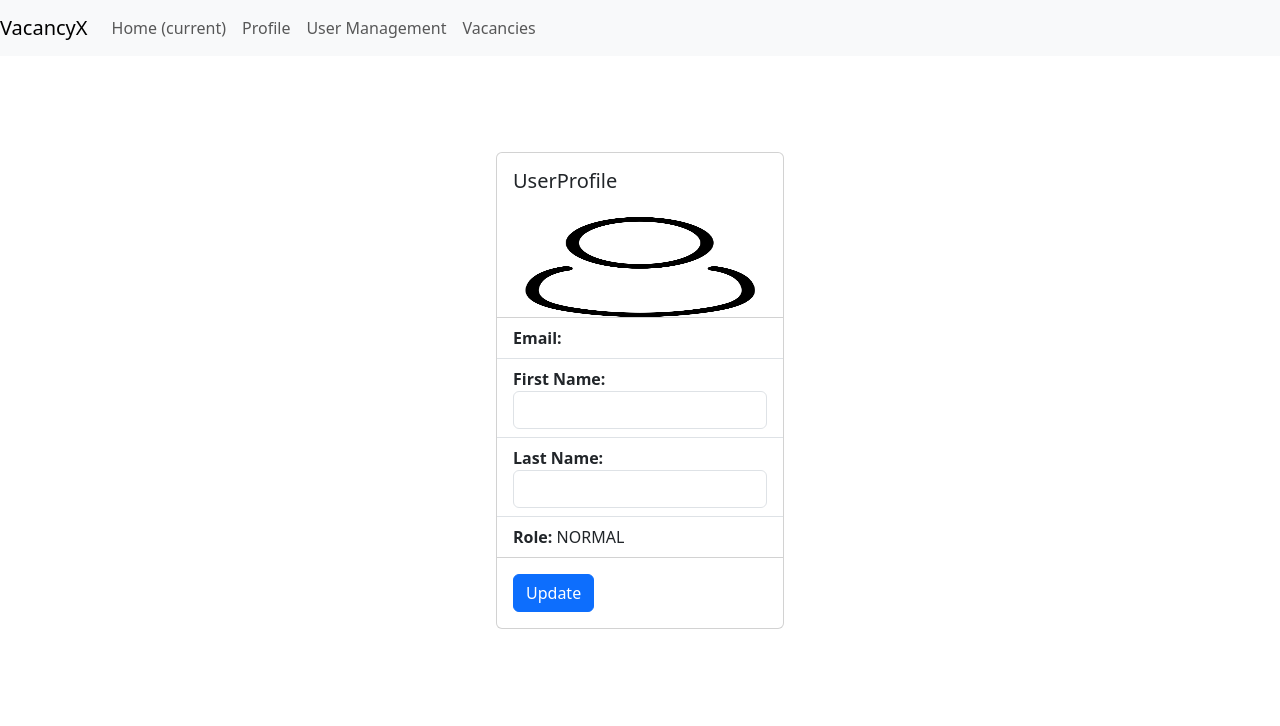
Repository: zipArk99/Vacancy-portal-serv
Page: http://localhost/VacancyPortal/updateuserdetail_page.jsp
An editor plug-in stored every save of this project. The page is shown before and after the next save, followed by the edit.
The browser window is 1280 px wide. The pictures show the whole page.
The page is served by Tomcat 9. Other server files are loaded and not shown. The template is opened directly, without the code that normally fills it, so the values that code supplies are empty.

Above is the page before, as saved 2024-08-21 05:19:26.

### VacancyPortal/src/main/webapp/updateuserdetail_page.jsp
<%@ page language="java" contentType="text/html; charset=UTF-8"
    pageEncoding="UTF-8"%>
    <%@ taglib prefix="c" uri="http://java.sun.com/jsp/jstl/core" %>
<!DOCTYPE html>
<html>
<head>
<meta charset="UTF-8">
<title>Update User</title>
<style>
body, html {
	height: 90%;
	margin: 0;
}

.container {
	display: flex;
	justify-content: center;
	align-items: center;
	height: 93vh; /* Full viewport height */
}
</style>
</head>
<body>
<body>
<%@ include file="header.jsp" %>
<form action="/VacancyPortal/user" method="PUT">
	<div class="container">
		<div class="card" style="width: 18rem;">
		<div class="card-body">
				<h5 class="card-title">UserProfile</h5>
			</div>
			<img src="user.png" class="card-img-top" alt="..." height="100px" width="20px" draggable="true">

			<ul class="list-group list-group-flush">
				<li class="list-group-item"><b>Email:</b> <c:out value="${param.email}"></c:out> </li>

				<li class="list-group-item"><b>First Name:</b> <input type="text"
					name="fname" class="form-control" id="fnameId"
					value="${param.fname}" aria-describedby="emailHelp"></li>


				<li class="list-group-item"><b>Last Name:</b> <input type="text"
					name="fname" class="form-control" id="fnameId"
					value="${param.lname}" aria-describedby="emailHelp"></li>


				<li class="list-group-item"><b>Role:</b><c:choose>
				<c:when test="${requestScope.role==1}">
				<c:out value="ADMIN"></c:out>
				 </c:when>
				<c:otherwise>
				<c:out value="NORMAL"></c:out>
				</c:otherwise>
				</c:choose> </li>
			</ul>
			<div class="card-body">
				<input type="submit"class="btn btn-primary" value="Update">
			</div>
		</div>
	</div>
	</form>
</body>
</html>

### VacancyPortal/src/main/webapp/header.jsp
<%@ page language="java" contentType="text/html; charset=UTF-8"
    pageEncoding="UTF-8"%>
<!DOCTYPE html>
<html>
  <head>
    <meta charset="utf-8">
    <meta name="viewport" content="width=device-width, initial-scale=1">
    <title>Bootstrap demo</title>
    <link href="https://cdn.jsdelivr.net/npm/bootstrap@5.3.3/dist/css/bootstrap.min.css" rel="stylesheet" integrity="sha384-QWTKZyjpPEjISv5WaRU9OFeRpok6YctnYmDr5pNlyT2bRjXh0JMhjY6hW+ALEwIH" crossorigin="anonymous">
  </head>
<body>

<nav class="navbar navbar-expand-lg navbar-light bg-light">
  <a class="navbar-brand" href="#">VacancyX</a>
  <button class="navbar-toggler" type="button" data-toggle="collapse" data-target="#navbarText" aria-controls="navbarText" aria-expanded="false" aria-label="Toggle navigation">
    <span class="navbar-toggler-icon"></span>
  </button>
  <div class="collapse navbar-collapse" id="navbarText">
    <ul class="navbar-nav mr-auto">
      <li class="nav-item active">
        <a class="nav-link" href="#">Home <span class="sr-only">(current)</span></a>
      </li>
      <li class="nav-item">
        <a class="nav-link" href="/VacancyPortal/portal/userprofile">Profile</a>
      </li>
      <li class="nav-item">
        <a class="nav-link" href="#">User Management</a>
      </li>
        <li class="nav-item">
        <a class="nav-link" href="#">Vacancies</a>
      </li>
    </ul>

  </div>
</nav>
</body>
</html>

After the next save:
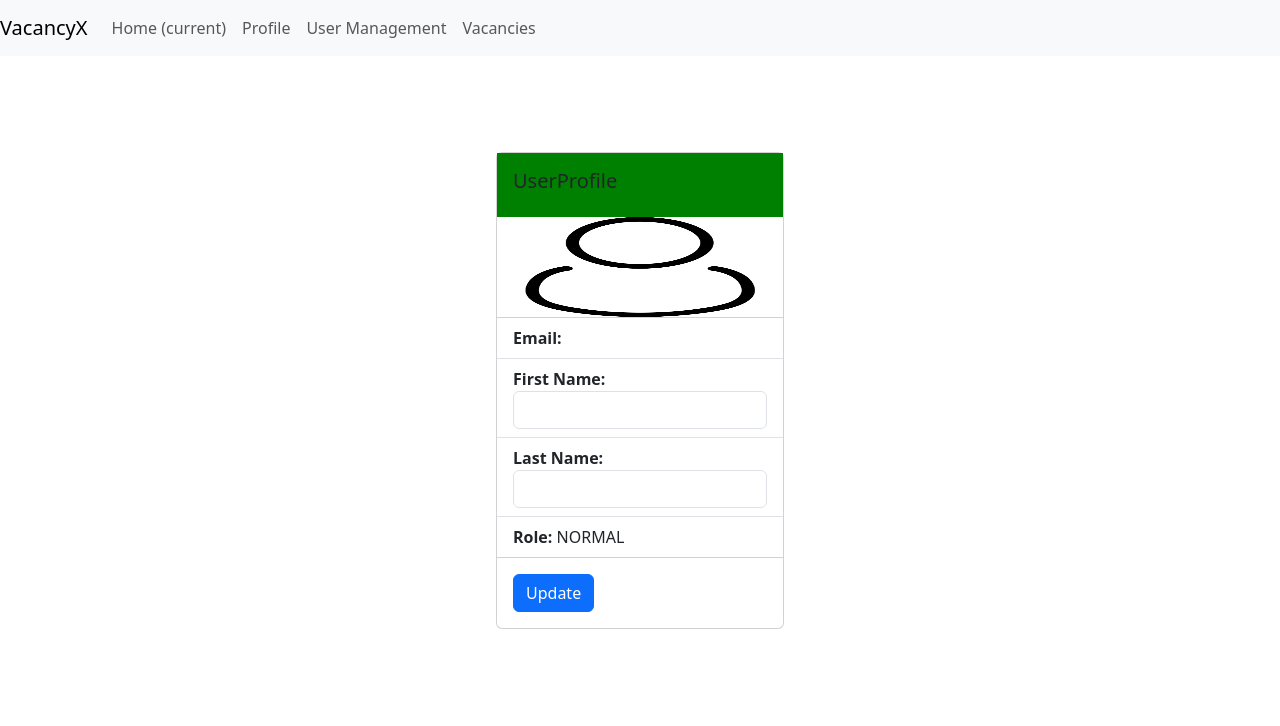
Saved 105 s later.
--- a/VacancyPortal/src/main/webapp/updateuserdetail_page.jsp
+++ b/VacancyPortal/src/main/webapp/updateuserdetail_page.jsp
@@ -26,7 +26,7 @@ body, html {
 <form action="/VacancyPortal/user" method="PUT">
 	<div class="container">
 		<div class="card" style="width: 18rem;">
-		<div class="card-body">
+		<div class="card-body" style="background-color:green;">
 				<h5 class="card-title">UserProfile</h5>
 			</div>
 			<img src="user.png" class="card-img-top" alt="..." height="100px" width="20px" draggable="true">
